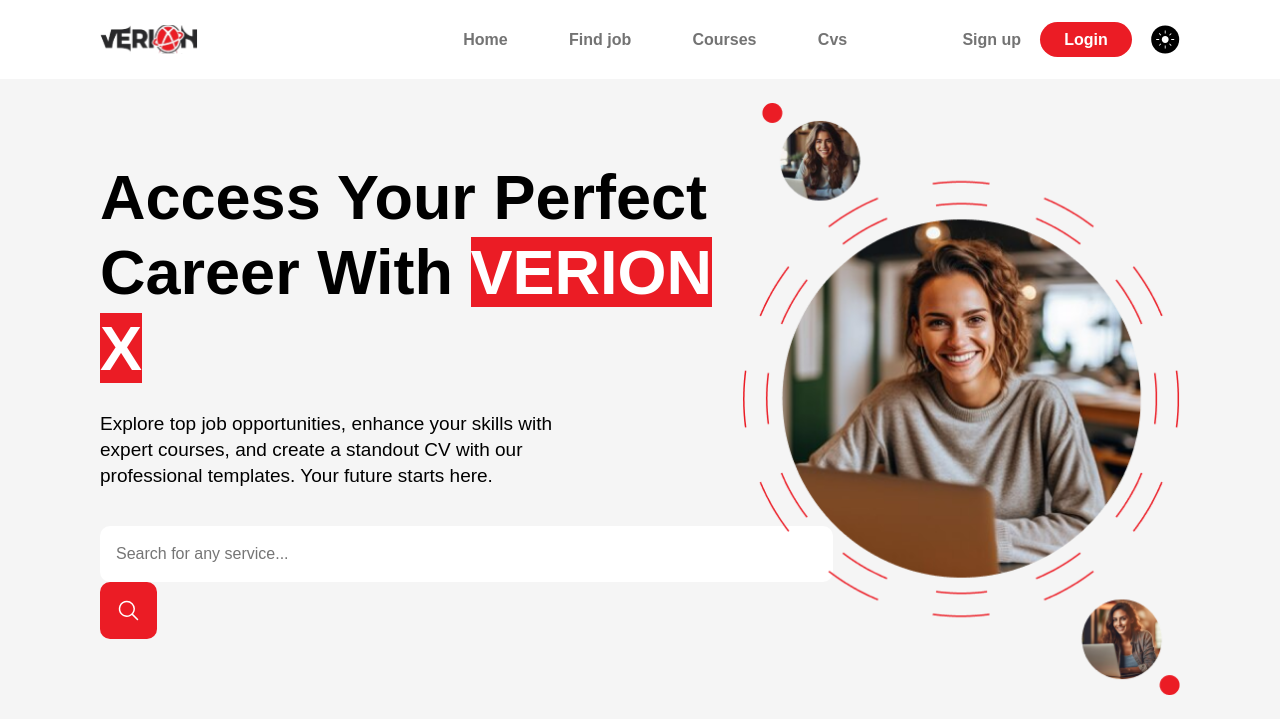
Repository: SahMenz/verionX
Page: /
An editor plug-in stored every save of this project. The page is shown before and after the next save, followed by the edit.
The browser window is 1280 px wide. The pictures show the whole page.
The project was rebuilt for these pictures with package versions that can differ from the ones it lists, and the page was loaded fresh each time. Also part of the build but not shown: vite.config.js.

Above is the page before, as saved 2024-06-14 14:59:56.

After the next save:
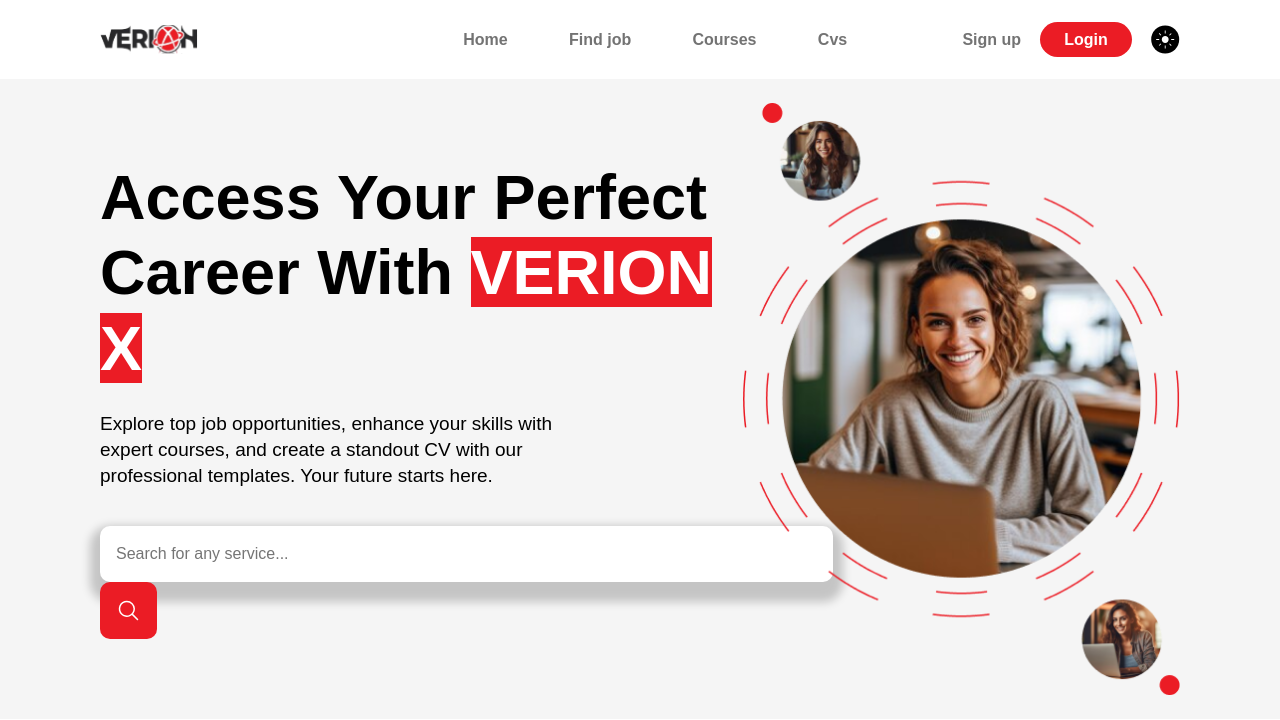
Saved 2 min 55 s later.
--- a/src/components/home/hero/hero.jsx
+++ b/src/components/home/hero/hero.jsx
@@ -10,7 +10,7 @@ function Hero() {
                 Explore top job opportunities, enhance your skills with expert courses, and create a standout CV with our professional templates. Your future starts here.
             </div>
             <div className="search-container">
-                <input type="text" placeholder="Search for any service..."  style={{width: "733px", borderRadius:"10px"}} className='p-3'/>
+                <input type="text" placeholder="Search for any service..."  style={{width: "733px", borderRadius:"10px", boxShadow: "0px 10px 10px 10px rgba(0, 0, 0, 0.2)"}} className='p-3'/>
                 <button className="bg-eb p-3" style={{borderRadius:"10px", border:"none"}}><CustomSvg name="search" style={{borderRadius:"10px" ,position: "absolute", right: "5px", top:"50%", transform: "translateY(-50%)"}}/></button>
             </div>
             <div></div>
